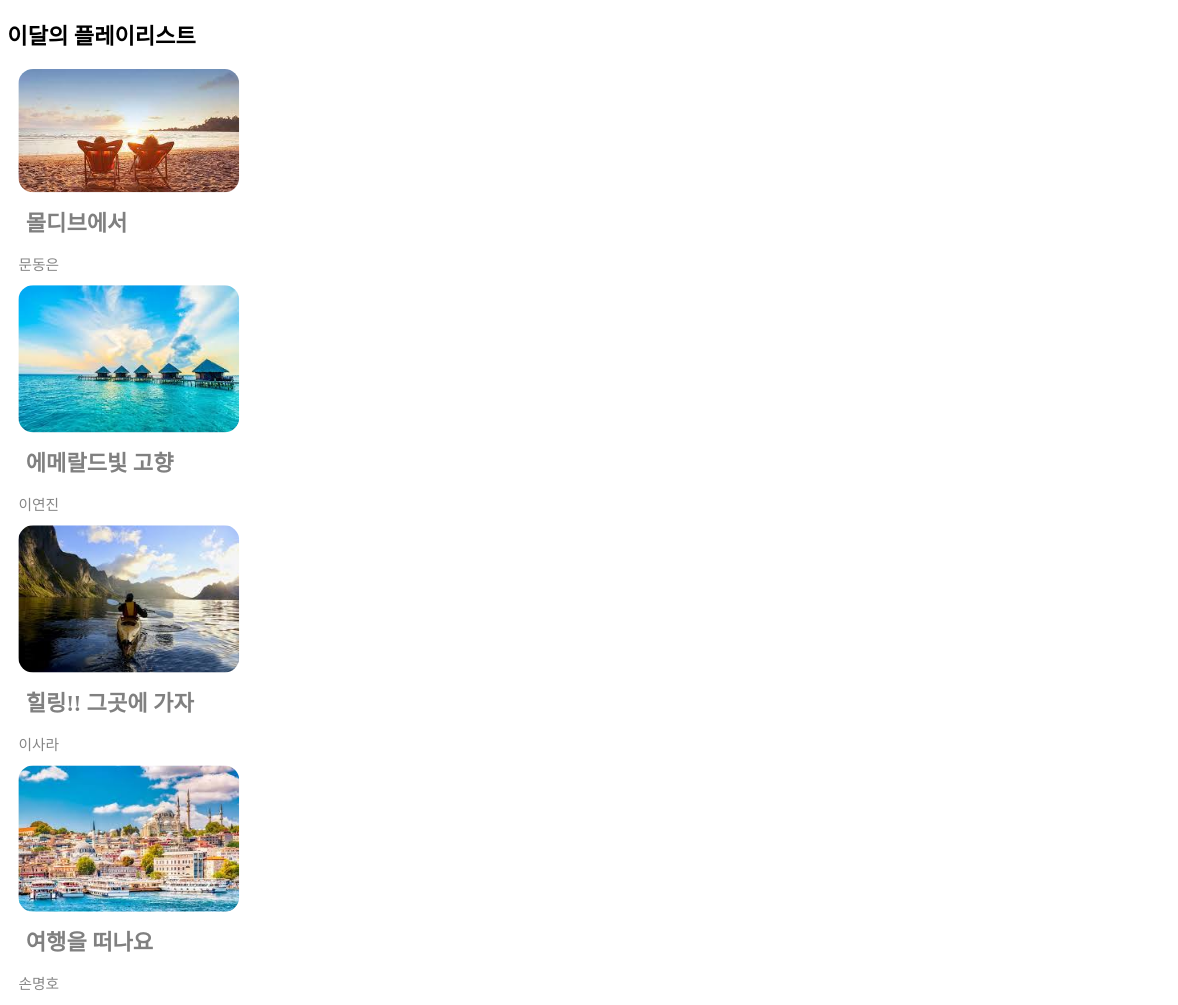
Repository: daeun0220/KB_EDU_JAVA
Page: work03_FrontUI/front03_CSS3/src/main/webapp/css03_flexbox_exam1.html
These files come from the project's save history. The page is drawn as it stood at one moment and after the next save; the edit follows.
The browser window is 1280 px wide. The pictures show the whole page, at 92% of full size.

Above is the page before, as saved 2023-08-09 01:39:54.

After the next save:
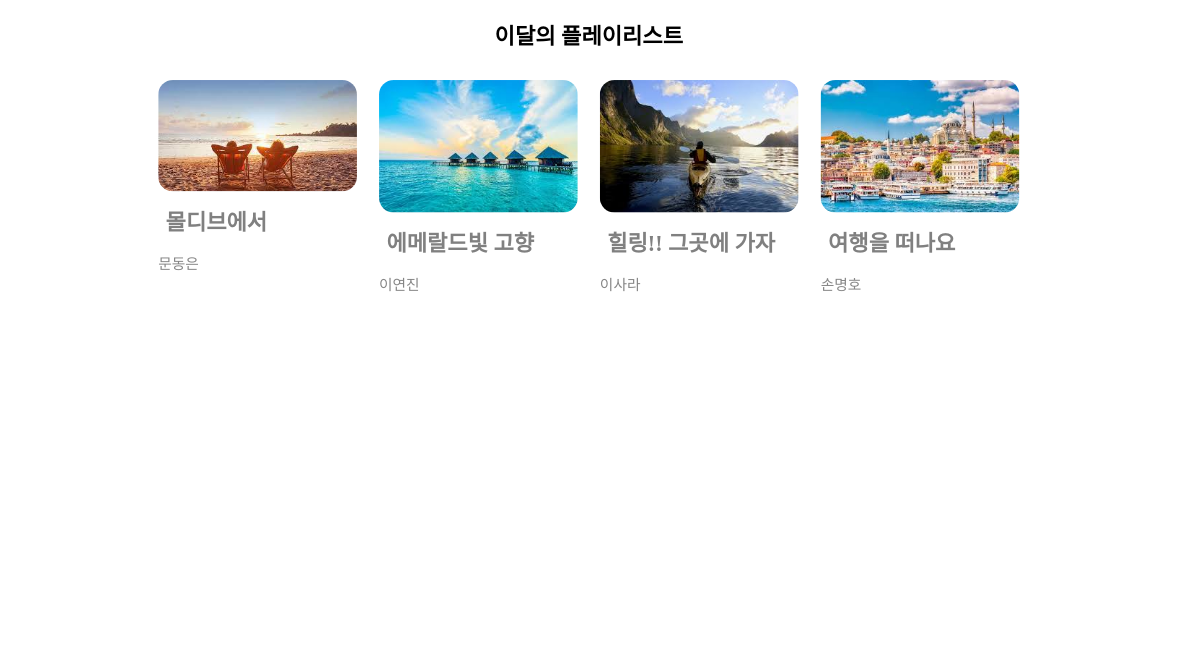
Saved 28 s later.
--- a/work03_FrontUI/front03_CSS3/src/main/webapp/css03_flexbox_exam1.html
+++ b/work03_FrontUI/front03_CSS3/src/main/webapp/css03_flexbox_exam1.html
@@ -4,6 +4,18 @@
   <meta charset="utf-8">
   <title>Play List</title>
   <style type="text/css">
+body {
+	width: 960px;
+	margin: 0 auto;
+}
+.section-title {
+	text-align: center;
+}
+
+.playlists {
+	display: flex;
+}
+
 .playlist{
       width: 240px;
       margin: 12px;
